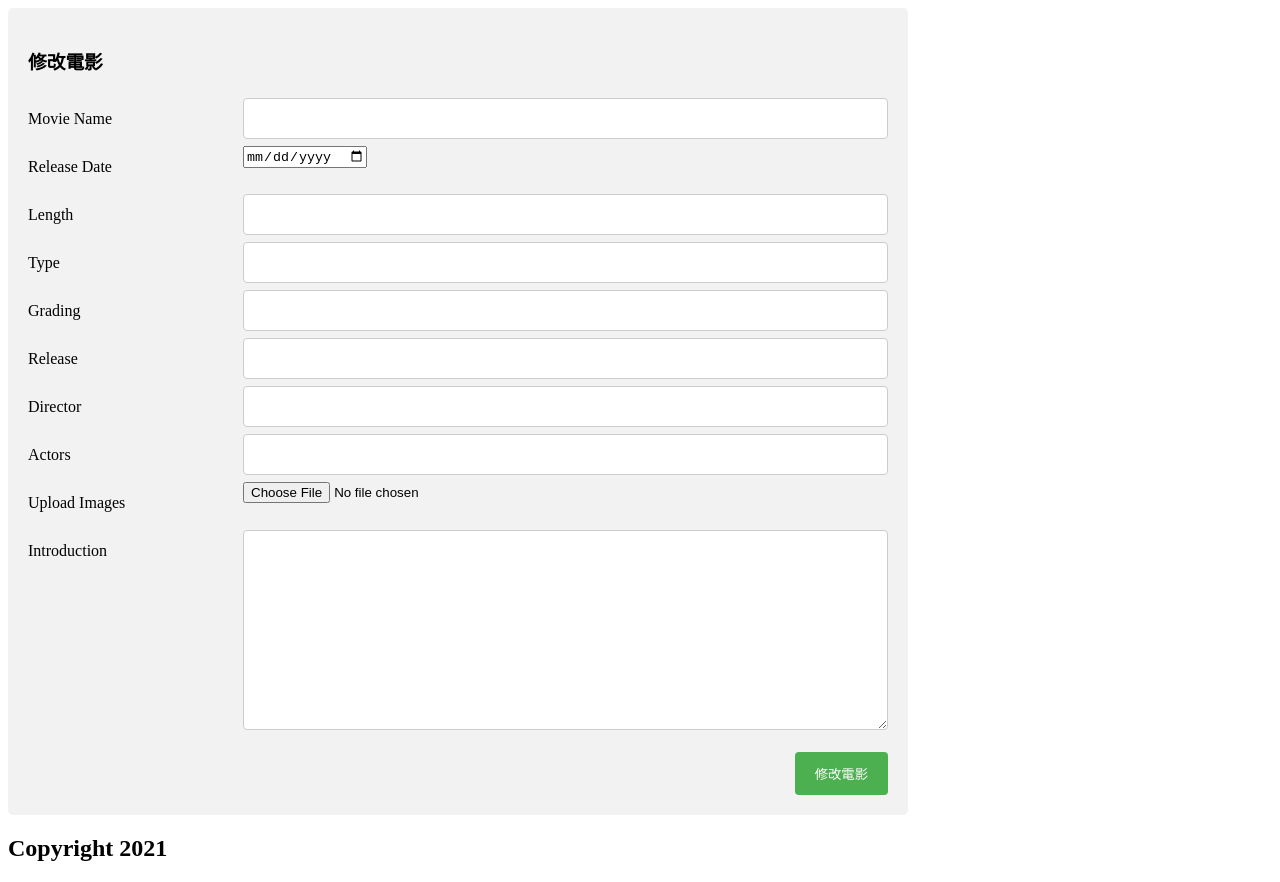
Repository: PEICHI26/Cinema
Page: http://localhost/Cinema/Update.jsp
The author's editor kept a copy of each file at every save. The page is drawn from the files as they stood at one save, then again after the next save.
The browser window is 1280 px wide. The pictures show the whole page.
The page is served by Tomcat 9. Nobody is signed in. The application's start-up code is not run. Other server files are loaded and not shown.

Above is the page before, as saved 2021-12-18 07:19:28.

### Cinema/src/main/webapp/Update.jsp
<%@ page language="java" contentType="text/html; charset=UTF-8"
    pageEncoding="UTF-8"%>
<!DOCTYPE html>
<html>
<head>
<meta charset="UTF-8">
<title>Update Movie</title>
<style>
* {
  box-sizing: border-box;
}

input[type=text], select, textarea {
  width: 100%;
  padding: 12px;
  border: 1px solid #ccc;
  border-radius: 4px;
  resize: vertical;
}

label {
  padding: 12px 12px 12px 0;
  display: inline-block;
}

input[type=submit] {
  background-color: #4CAF50;
  color: white;
  padding: 12px 20px;
  border: none;
  border-radius: 4px;
  cursor: pointer;
  float: right;
}

input[type=submit]:hover {
  background-color: #45a049;
}

.container {
  border-radius: 5px;
  background-color: #f2f2f2;
  padding: 20px;
  width:900px;
}

.col-25 {
  float: left;
  width: 25%;
  margin-top: 6px;
}

.col-75 {
  float: left;
  width: 75%;
  margin-top: 6px;
}

/* Clear floats after the columns */
.row:after {
  content: "";
  display: table;
  clear: both;
}

/* Responsive layout - when the screen is less than 600px wide, make the two columns stack on top of each other instead of next to each other */
@media screen and (max-width: 600px) {
  .col-25, .col-75, input[type=submit] {
    width: 100%;
    margin-top: 0;
  }
}
</style>
</head>
<body>
<div class="container">
<h3>修改電影</h3>
  <form action="CinemaServlet" method="post">
  <div class="row">
    <div class="col-25">
      <label for="moviename">Movie Name</label>
    </div>
    <div class="col-75">
      <input type="text" id="moviename" name="moviename" placeholder="">
    </div>
  </div>
  <div class="row">
    <div class="col-25">
      <label for="moviename">Release Date</label>
    </div>
    <div class="col-75">
      <input type="date" id="rdate" name="rdate" >
    </div>
  </div>
  <div class="row">
    <div class="col-25">
      <label for="movielength">Length</label>
    </div>
    <div class="col-75">
      <input type="text" id="movielength" name="movielength" placeholder="">
    </div>
  </div>
    <div class="row">
    <div class="col-25">
      <label for="type">Type</label>
    </div>
    <div class="col-75">
      <input type="text" id="type" name="type" placeholder="">
    </div>
  </div>
    <div class="row">
    <div class="col-25">
      <label for="grading">Grading</label>
    </div>
    <div class="col-75">
      <input type="text" id="grading" name="grading" placeholder="">
    </div>
  </div>
    <div class="row">
    <div class="col-25">
      <label for="release">Release</label>
    </div>
    <div class="col-75">
      <input type="text" id="release" name="release" placeholder="">
    </div>
  </div>
    <div class="row">
    <div class="col-25">
      <label for="director">Director</label>
    </div>
    <div class="col-75">
      <input type="text" id="director" name="director" placeholder="">
    </div>
  </div>
    <div class="row">
    <div class="col-25">
      <label for="actors">Actors</label>
    </div>
    <div class="col-75">
      <input type="text" id="actors" name="actors" placeholder="">
    </div>
  </div>
    <div class="row">
    <div class="col-25">
      <label for="actors">Upload Images</label>
    </div>
    <div class="col-75">
         <input type = "file" name = "file" size = "50" />
    </div>

  </div>
  <div class="row">
    <div class="col-25">
      <label for="intro">Introduction</label>
    </div>
    <div class="col-75">
      <textarea id="intro" name="intro" placeholder="" style="height:200px"></textarea>
    </div>
  </div>
  <br>
  <div class="row">
    <input type="submit" name="UPDATE" value="修改電影">
  </div>
  </form>
</div>
<%@ include file="copyright.jspf" %>
</body>
</html>

### Cinema/src/main/webapp/copyright.jspf
<h2> Copyright   2021 </h2>

After the next save:
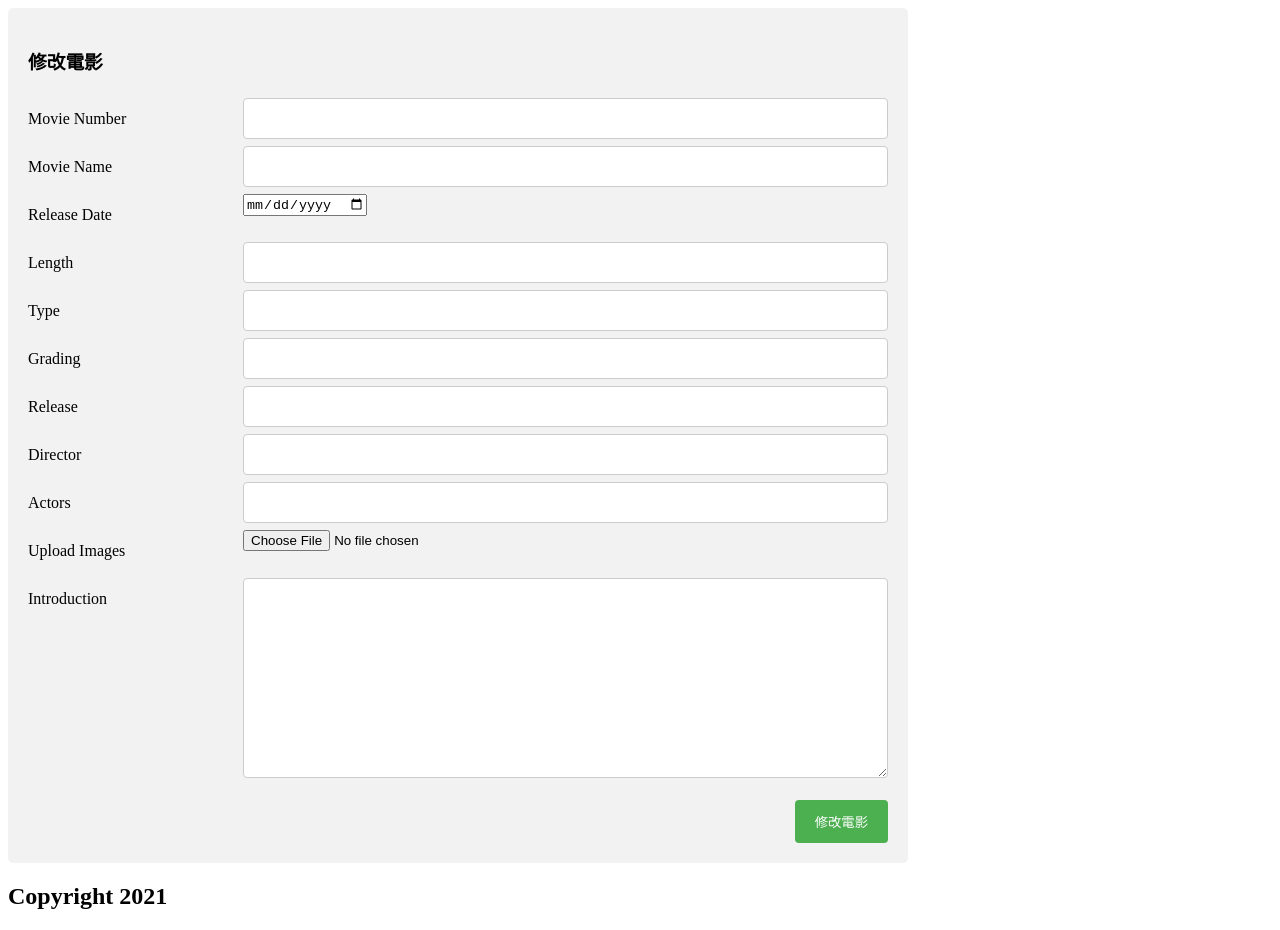
Saved 84 s later.
--- a/Cinema/src/main/webapp/Update.jsp
+++ b/Cinema/src/main/webapp/Update.jsp
@@ -76,6 +76,14 @@ input[type=submit]:hover {
 <div class="container">
 <h3>修改電影</h3>
   <form action="CinemaServlet" method="post">
+  <div class="row">
+    <div class="col-25">
+      <label for="moviename">Movie Number</label>
+    </div>
+    <div class="col-75">
+      <input type="text" id="movieno" name="movieno" placeholder="">
+    </div>
+  </div>
   <div class="row">
     <div class="col-25">
       <label for="moviename">Movie Name</label>
